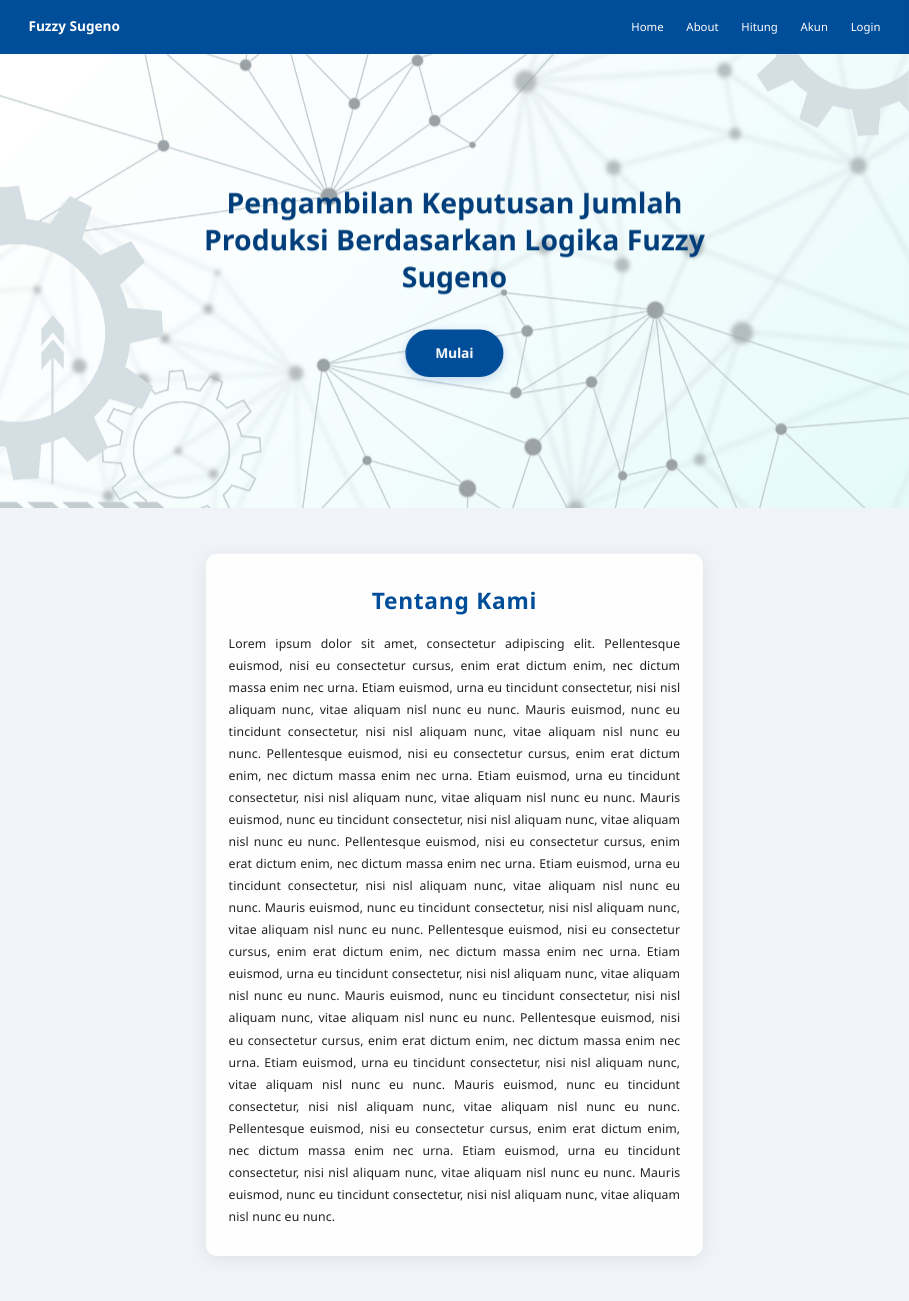
Repository: Senicccc/Defuzzy-Sugeno
Page: http://localhost/
These files come from the project's save history. The page is drawn as it stood at one moment and after the next save; the edit follows.
The browser window is 1280 px wide. The pictures show the whole page, at 71% of full size.
The page is run by PHP 8.4 with error messages shown; the project is at /var/www/html/.

Above is the page before, as saved 2025-06-08 11:21:55.

### index.php
<!DOCTYPE html>
<html lang="id">

<head>
    <meta charset="UTF-8" />
    <meta name="viewport" content="width=device-width, initial-scale=1.0" />
    <title>Fuzzy Sugeno - Produksi</title>
    <link rel="icon" href="img/favicon.png" type="image/png">
    <link rel="stylesheet" href="css/index.css">
</head>

<body>

    <?php
    require_once 'php/header-index.php';
    ?>

    <section class="hero" style="background: url('img/menu-bg.jpg') center center/cover no-repeat;">
        <h1>Pengambilan Keputusan Jumlah Produksi Berdasarkan Logika Fuzzy Sugeno</h1>
        <a href="php/form.php" class="start-button">Mulai</a>
    </section>

    <section class="about-section">
        <div class="about-content">
            <h1>Tentang Kami</h1>
            <p>
                Lorem ipsum dolor sit amet, consectetur adipiscing elit. Pellentesque euismod, nisi eu consectetur
                cursus, enim erat dictum enim, nec dictum massa enim nec urna. Etiam euismod, urna eu tincidunt
                consectetur, nisi nisl aliquam nunc, vitae aliquam nisl nunc eu nunc. Mauris euismod, nunc eu
                tincidunt consectetur, nisi nisl aliquam nunc, vitae aliquam nisl nunc eu nunc. Pellentesque euismod,
                nisi eu consectetur cursus, enim erat dictum enim, nec dictum massa enim nec urna. Etiam euismod, urna
                eu tincidunt consectetur, nisi nisl aliquam nunc, vitae aliquam nisl nunc eu nunc. Mauris euismod, nunc
                eu
                tincidunt consectetur, nisi nisl aliquam nunc, vitae aliquam nisl nunc eu nunc. Pellentesque euismod,
                nisi eu consectetur cursus, enim erat dictum enim, nec dictum massa enim nec urna. Etiam euismod, urna
                eu tincidunt consectetur, nisi nisl aliquam nunc, vitae aliquam nisl nunc eu nunc. Mauris euismod, nunc
                eu tincidunt consectetur, nisi nisl aliquam nunc, vitae aliquam nisl nunc eu nunc. Pellentesque euismod,
                nisi eu consectetur cursus, enim erat dictum enim, nec dictum massa enim nec urna. Etiam euismod, urna
                eu tincidunt consectetur, nisi nisl aliquam nunc, vitae aliquam nisl nunc eu nunc. Mauris euismod, nunc
                eu tincidunt consectetur, nisi nisl aliquam nunc, vitae aliquam nisl nunc eu nunc. Pellentesque euismod,
                nisi eu consectetur cursus, enim erat dictum enim, nec dictum massa enim nec urna. Etiam euismod, urna
                eu tincidunt consectetur, nisi nisl aliquam nunc, vitae aliquam nisl nunc eu nunc. Mauris euismod, nunc
                eu tincidunt consectetur, nisi nisl aliquam nunc, vitae aliquam nisl nunc eu nunc. Pellentesque euismod,
                nisi eu consectetur cursus, enim erat dictum enim, nec dictum massa enim nec urna. Etiam euismod, urna
                eu tincidunt consectetur, nisi nisl aliquam nunc, vitae aliquam nisl nunc eu nunc. Mauris euismod, nunc
                eu tincidunt consectetur, nisi nisl aliquam nunc, vitae aliquam nisl nunc eu nunc.
            </p>
        </div>
    </section>

</body>

</html>

### php/header-index.php
<!DOCTYPE html>
<html lang="id">

<head>
    <meta charset="UTF-8" />
    <meta name="viewport" content="width=device-width, initial-scale=1.0" />
    <title>Fuzzy Sugeno - Produksi</title>
    <link rel="stylesheet" href="https://cdnjs.cloudflare.com/ajax/libs/font-awesome/6.0.0/css/all.min.css">

    <style>
    * {
        margin: 0;
        padding: 0;
        box-sizing: border-box;
        font-family: 'Segoe UI', Tahoma, Geneva, Verdana, sans-serif;
    }

    body {
        background: #f0f4f8;
        color: #333;
    }

    nav {
        background-color: #004d99;
        position: sticky;
        top: 0;
        z-index: 1000;
        padding: 1.4rem 2.4rem;
    }

    .nav-container {
        display: flex;
        justify-content: space-between;
        align-items: center;
        max-width: 1200px;
        margin: 0 auto;
        flex-wrap: wrap;
    }

    .logo {
        color: white;
        font-weight: 800;
        font-size: larger;
    }

    .nav-links {
        display: flex;
        gap: 2rem;
    }

    .nav-links a {
        text-decoration: none;
        color: white;
        font-weight: 500;
        font-size: 1rem;
        transition: color 0.3s;
    }

    .nav-links a:hover {
        color: #ffcc00;
    }

    .burger {
        display: none;
        font-size: 1.5rem;
        color: white;
        cursor: pointer;
        padding: 0.5rem;
    }

    @media (max-width: 768px) {
        .nav-links {
            display: none;
            flex-direction: column;
            background-color: #004d99;
            width: 100%;
            text-align: center;
            margin-top: 1rem;
            padding-bottom: 1rem;
            gap: 1rem;
            order: 1;
        }

        .nav-links.active {
            display: flex;
        }

        .burger {
            display: block;
            margin-left: auto;
            /* Memposisikan burger di kanan */
        }

        nav {
            padding: 0.75rem 1.5rem;
        }
    }
    </style>
</head>

<body>

    <nav>
        <div class="nav-container">
            <div class="logo">Fuzzy Sugeno</div>
            <div class="burger" id="burger"><i class="fas fa-bars"></i></div>
            <div class="nav-links" id="navLinks">
                <a href="index.php">Home</a>
                <a href="index.php#about-section">About</a>
                <a href="php/form.php">Hitung</a>
                <a href="php/account.php">Akun</a>
                <?php if (isset($_SESSION['user_id'])): ?>
                <a href="php/logout.php">Logout</a>
                <?php else: ?>
                <a href="php/login.php">Login</a>
                <?php endif; ?>
            </div>
        </div>
    </nav>

    <script>
    const burger = document.getElementById('burger');
    const navLinks = document.getElementById('navLinks');

    burger.addEventListener('click', () => {
        navLinks.classList.toggle('active');
    });
    </script>

</body>

</html>

### css/index.css
* {
    margin: 0;
    padding: 0;
    box-sizing: border-box;
    font-family: 'Segoe UI', Tahoma, Geneva, Verdana, sans-serif;
}

body {
    background: linear-gradient(135deg, #f0f4f8 0%, #dfe7ee 100%);
    color: #333;
    min-height: 100vh;
    line-height: 1.6;
}

/* Hero Section */
.hero {
    display: flex;
    flex-direction: column;
    justify-content: center;
    align-items: center;
    text-align: center;
    min-height: calc(100vh - 80px);
    padding: 2rem;
    background-image:
        radial-gradient(circle at 10% 20%, rgba(0, 77, 153, 0.05) 0%, transparent 20%),
        radial-gradient(circle at 90% 80%, rgba(0, 77, 153, 0.05) 0%, transparent 20%);
}

.hero h1 {
    font-size: 2.5rem;
    font-weight: 1000;
    color: #003e7b;
    margin-bottom: 2rem;
    max-width: 800px;
    line-height: 1.3;
    text-shadow: 1px 1px 2px rgba(0,0,0,0.);
}

.start-button {
    display: inline-block;
    background-color: #004d99;
    color: white;
    padding: 1rem 2.5rem;
    border-radius: 50px;
    text-decoration: none;
    font-weight: 600;
    font-size: 1.2rem;
    transition: all 0.3s ease;
    box-shadow: 0 4px 15px rgba(0, 77, 153, 0.2);
    border: 2px solid #004d99;
    margin-top: 1rem;
}

.start-button:hover {
    background-color: #ffcc00;
    color: #004d99;
    transform: translateY(-3px);
    box-shadow: 0 6px 20px rgba(0, 77, 153, 0.3);
}

.start-button:active {
    transform: translateY(1px);
}

/* Responsive Design */
@media (max-width: 768px) {
    .hero {
        padding: 1.5rem;
        min-height: calc(100vh - 60px);
    }

    .hero h1 {
        font-size: 1.8rem;
        margin-bottom: 1.5rem;
    }

    .start-button {
        padding: 0.8rem 2rem;
        font-size: 1rem;
    }
}

@media (max-width: 480px) {
    .hero h1 {
        font-size: 1.5rem;
    }

    .start-button {
        padding: 0.7rem 1.8rem;
    }
}

/* Animasi */
@keyframes fadeIn {
    from { opacity: 0; transform: translateY(20px); }
    to { opacity: 1; transform: translateY(0); }
}

.hero {
    animation: fadeIn 0.8s ease-out forwards;
}

.start-button {
    animation: fadeIn 1s ease-out 0.3s both;
}

/* About Section */
.about-section {
    width: 100%;
    display: flex;
    flex-direction: column;
    align-items: center;
    padding: 64px 16px 64px 16px;
    /* transparan agar background hero tetap kelihatan */
    background: transparent;
}

.about-content {
    max-width: 700px;
    background: rgba(255,255,255,0.92);
    border-radius: 16px;
    padding: 2.5rem 2rem;
    color: #222;
    box-shadow: 0 4px 24px rgba(0,0,0,0.08);
    text-align: left;
    margin: 0 auto;
}

.about-content h1 {
    color: #004d99;
    margin-bottom: 1.2rem;
    font-size: 2rem;
    font-weight: 900;
    text-align: center;
    letter-spacing: 1px;
}

.about-content p {
    font-size: 1.08rem;
    line-height: 1.8;
    letter-spacing: 0.01em;
    text-align: justify;
}

/* Responsive */
@media (max-width: 768px) {
    .about-content {
        padding: 1.5rem 1rem;
    }
    .about-content h1 {
        font-size: 1.3rem;
    }
}

After the next save:
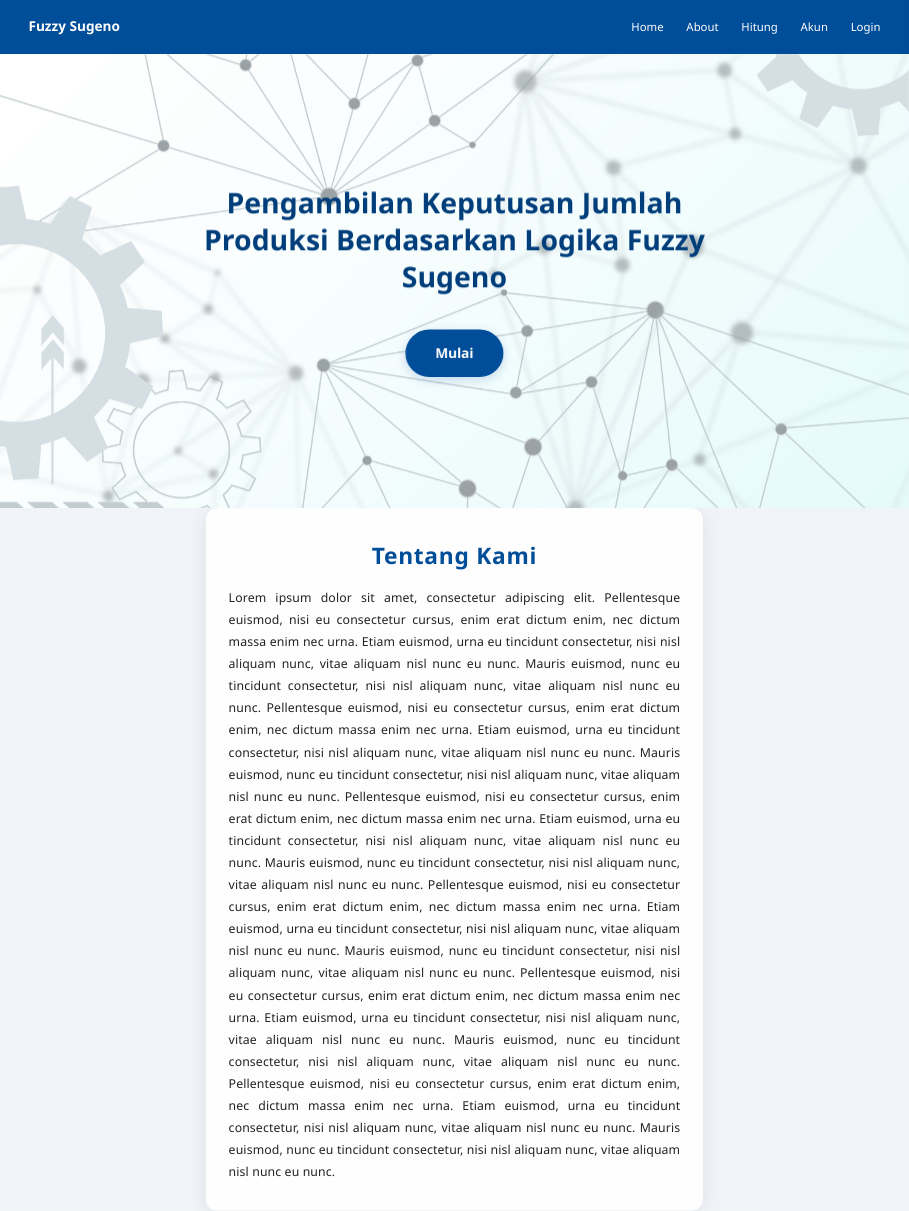
Saved 95 s later.
--- a/index.php
+++ b/index.php
@@ -20,7 +20,7 @@
         <a href="php/form.php" class="start-button">Mulai</a>
     </section>
 
-    <section class="about-section">
+    <section id="about-section">
         <div class="about-content">
             <h1>Tentang Kami</h1>
             <p>

After the 5 saves that followed:
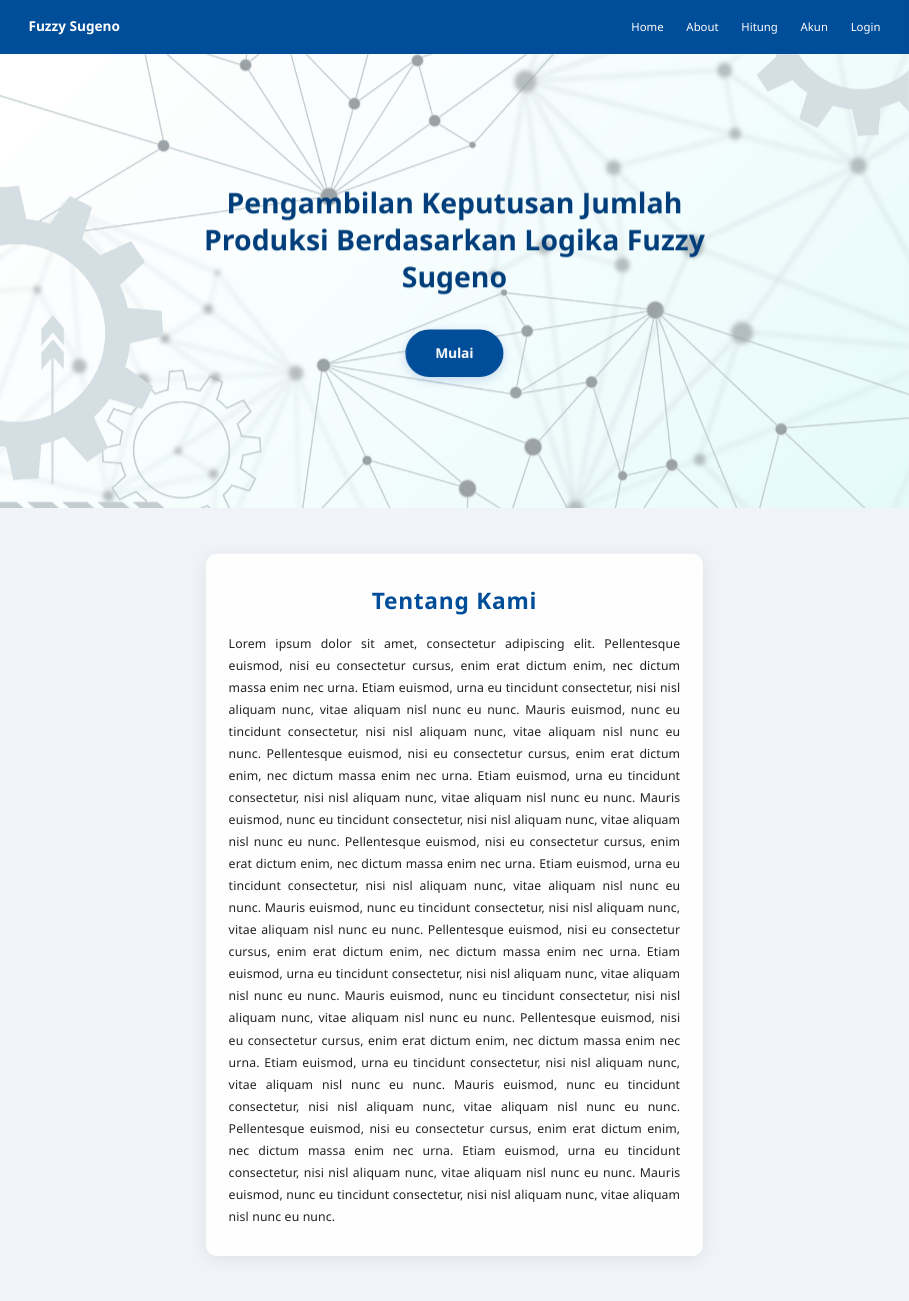
The 5 saves are shown as one change because 1 left the picture as it was and some came seconds apart.
The last was saved 85 s later.
--- a/css/index.css
+++ b/css/index.css
@@ -105,13 +105,12 @@ body {
 }
 
 /* About Section */
-.about-section {
+#about-section {
     width: 100%;
     display: flex;
     flex-direction: column;
     align-items: center;
     padding: 64px 16px 64px 16px;
-    /* transparan agar background hero tetap kelihatan */
     background: transparent;
 }
 
